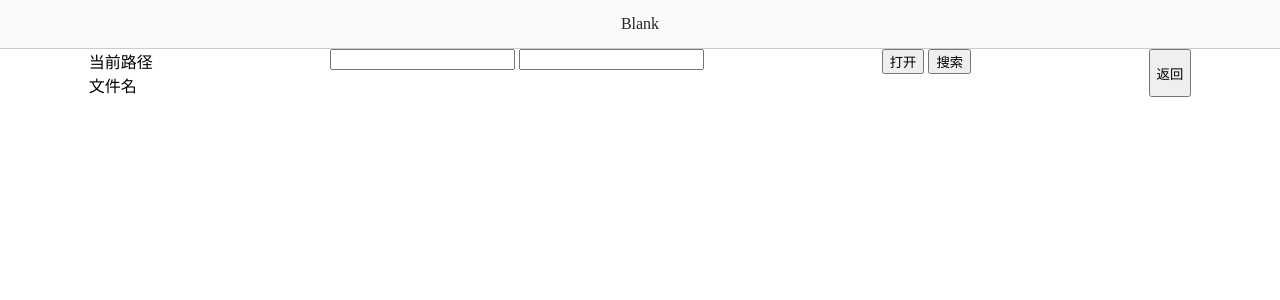
Repository: andycj7/-
Page: JS插件开发/filesystem/index.html
The author's editor kept a copy of each file at every save. The page is drawn from the files as they stood at one save, then again after the next save.
The browser window is 1280 px wide. The pictures show the whole page.

Above is the page before, as saved 2020-07-21 07:48:27.
Console error (its wording comes from the project's code and is left out).

### JS插件开发/filesystem/index.html
<html>

<head>
<meta charset="utf-8">
<meta name="viewport"
	content="initial-scale=1, maximum-scale=1, user-scalable=no, width=device-width">
<title>Blank</title>
<link rel="stylesheet" href="css/base.css">
</head>

<body>
	<div class="title">Blank</div>
	<div class="line"></div>
	<div class="div-parent">
		<div class="div-control">
			<div class = "div-control-column">
				<label>当前路径</label>
				<label>文件名</label>
			</div>
			<div>
				<input></input>
				<input></input>
			</div>
			<div>
				<button>打开</button>
				<button>搜索</button>
			</div>
			<button>返回</button>
		</div>
		<div id="div_display" class="div-child-2">
		</div>
	</div>
</body>
<script src="js/GeoBOS.min.js"></script>
<script src="js/GeoBOS.filesystem.min.js"></script>
<script src="js/index.js"></script>
</html>

### JS插件开发/filesystem/css/base.css
@charset "UTF-8";

body {
	margin: 0;
}

.title {
	height: 48px;
	font-size: 16px;
	line-height: 48px;
	text-align: center;
	color: rgba(0, 0, 0, .85);
	background-color: #fafafa;
}

.line {
	width: 100%;
	height: 1px;
	background-color: rgb(204, 204, 204);
}

.div-parent {
	display: flex;
	flex-direction: column;
	justify-content: center;
	width: 100%;
}

.div-control {
	display: flex;
	flex-direction: row;
	justify-content: space-around;
}

.div-control-column {
	display: flex;
	flex-direction: column;
	justify-content: space-around;
}

.label {
	width: 16%;
	height: 30px;
	text-align: center;
	line-height: 30px;
	font-size: 10px;
}

.input-path {
	width: 60%;
	height: 30px;
	overflow: hidden;
	line-height: 20px;
	font-size: 15px;
	font-size: 12px;
}

.button {
	width: 12%;
	height: 30px;
	font-size: 12px;
}

.input-file {
	width: 100%;
	height: 30px;
	overflow: hidden;
	border: none;
	line-height: 35px;
	font-size: 15px;
}

### JS插件开发/filesystem/js/GeoBOS.filesystem.min.js
GeoBOS.filesystem = {

	init : function (cb) {
		GeoBOS.plugin.execute("FileSystemPlugin", "init", GeoBOS.getId(), '', null, cb);
	},
	open : function (name, cb) {
		GeoBOS.plugin.execute("FileSystemPlugin", "open", GeoBOS.getId(), name, null, cb);
	},
	back : function (cb) {
		GeoBOS.plugin.execute("FileSystemPlugin", "back", GeoBOS.getId(), '', null, cb);
	}
}

Loaded but not shown: JS插件开发/filesystem/js/GeoBOS.min.js (library); JS插件开发/filesystem/js/index.js (no copy from this time; the picture is the same without it)

After the next save:
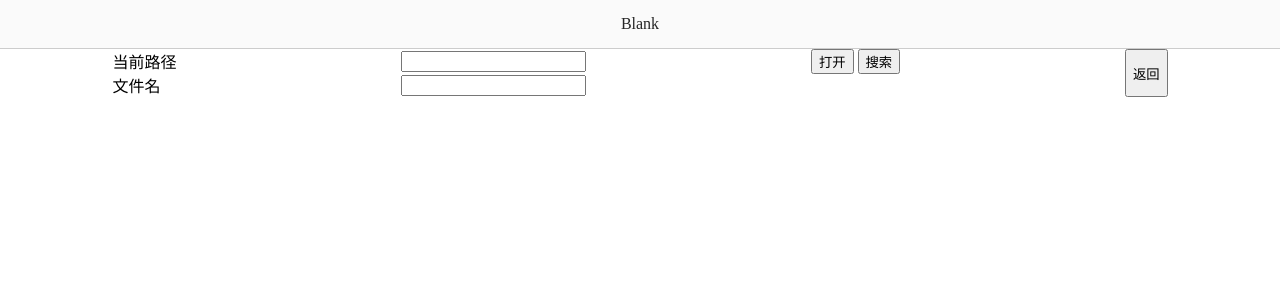
Saved 31 s later.
--- a/JS插件开发/filesystem/index.html
+++ b/JS插件开发/filesystem/index.html
@@ -17,7 +17,7 @@
 				<label>当前路径</label>
 				<label>文件名</label>
 			</div>
-			<div>
+			<div class = "div-control-column">
 				<input></input>
 				<input></input>
 			</div>
